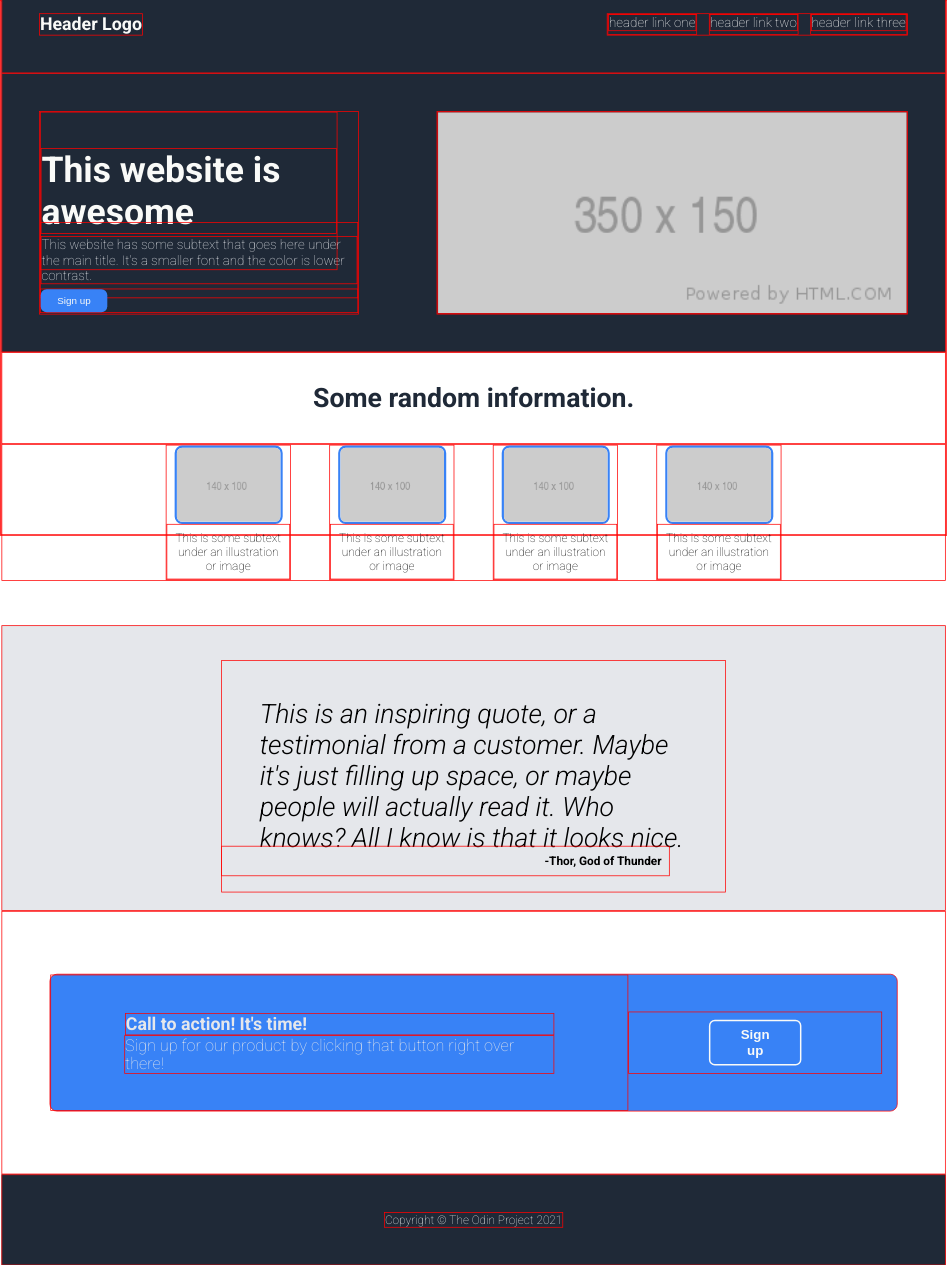
Repository: weazzyefff/The-Landing-Page
Page: index.html
These files come from the project's save history. The page is drawn as it stood at one moment and after the next save; the edit follows.
The browser window is 1280 px wide. The pictures show the whole page, at 74% of full size.

Above is the page before, as saved 2022-11-01 19:47:20.
Not found: index.js

After the next save:
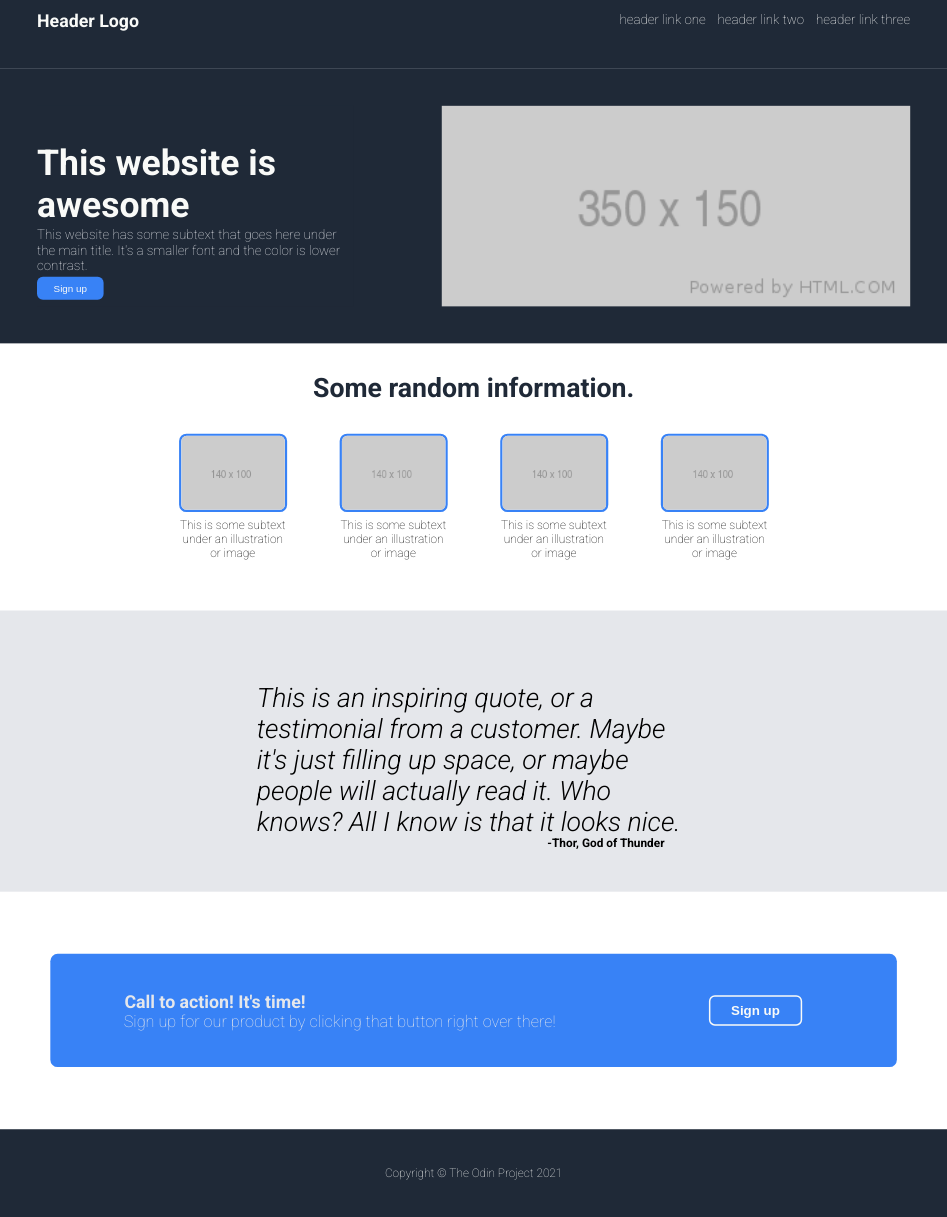
Saved 31 s later.
--- a/css/styles.css
+++ b/css/styles.css
@@ -1,6 +1,6 @@
-* {
+/* {
     border: 1px solid red;
-}
+}*/
 
 .header,
 .footer {
